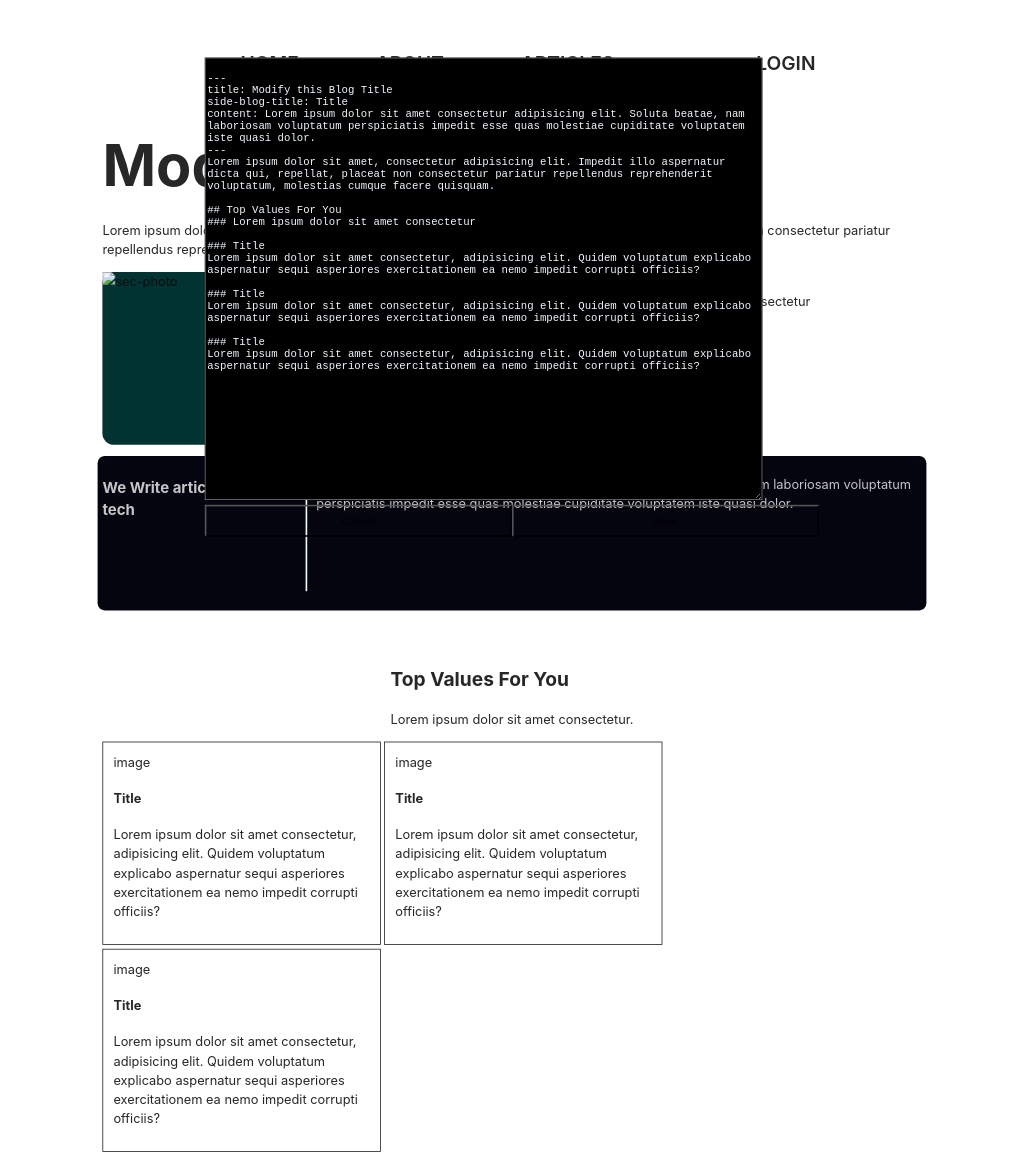
Repository: ValGrace/-static-site
Page: /home (app in client/)
The author's editor kept a copy of each file at every save. The page is drawn from the files as they stood at one save, then again after the next save.
The browser window is 1280 px wide. The pictures show the whole page, at 80% of full size.
The project was rebuilt for these pictures with package versions that can differ from the ones it lists, and the page was loaded fresh each time. Also part of the build but not shown: client/vite.config.js, client/src/Utils/appwrite.js, client/src/Components/Login.jsx, client/src/Components/Signup.jsx, client/src/Pages/aboutPage.jsx, client/src/Pages/Articles.jsx.

Above is the page before, as saved 2023-02-12 14:49:24.

### client/src/main.jsx
import React from 'react'
import ReactDOM from 'react-dom/client'
import App from './App'
import './index.css'
import { BrowserRouter } from 'react-router-dom'
ReactDOM.createRoot(document.getElementById('root')).render(
  <React.StrictMode>
    <BrowserRouter>
    <App />
    </BrowserRouter>
  </React.StrictMode>,
)

### client/src/App.jsx
import PageRouter from './Routing/PageRouter'
import './App.css'

function App() {


  return (
    <div className="App">
      <PageRouter />
    </div>
  )
}

export default App

### client/src/index.css
:root {
  font-family: Inter, system-ui, Avenir, Helvetica, Arial, sans-serif;
  line-height: 1.5;
  font-weight: 400;

  color-scheme: light dark;
  color: rgba(7, 7, 7, 0.87);
  background-color: #ffffff;

  font-synthesis: none;
  text-rendering: optimizeLegibility;
  -webkit-font-smoothing: antialiased;
  -moz-osx-font-smoothing: grayscale;
  -webkit-text-size-adjust: 100%;
}

/* a {
  font-weight: 500;
  color: #646cff;
  text-decoration: inherit;
}
a:hover {
  color: #535bf2;
}

body {
  margin: 0;
  display: flex;
  place-items: center;
  min-width: 320px;
  min-height: 100vh;
}

h1 {
  font-size: 3.2em;
  line-height: 1.1;
}

button {
  border-radius: 8px;
  border: 1px solid transparent;
  padding: 0.6em 1.2em;
  font-size: 1em;
  font-weight: 500;
  font-family: inherit;
  background-color: #1a1a1a;
  cursor: pointer;
  transition: border-color 0.25s;
}
button:hover {
  border-color: #646cff;
}
button:focus,
button:focus-visible {
  outline: 4px auto -webkit-focus-ring-color;
}

@media (prefers-color-scheme: light) {
  :root {
    color: #213547;
    background-color: #ffffff;
  }
  a:hover {
    color: #747bff;
  }
  button {
    background-color: #f9f9f9;
  }
} */

### client/src/Routing/PageRouter.jsx
import Dashboard from "../Pages/Dashboard";
import HomePage from "../Pages/HomePage";
import { Routes, Route} from "react-router-dom"
import AboutPage from "../Pages/aboutPage";
import Articles from "../Pages/Articles";
const PageRouter = () => {
    return (
        <Routes>
            <Route path="/" element={<Dashboard />} />
            <Route path="/home" element={<HomePage />} />
            <Route path="/about" element={<AboutPage />} />
            <Route path="/articles" element={<Articles />} />

        </Routes>
    )
}

export default PageRouter

### client/src/App.css
.App {
  display: flex;
  flex-direction: column;
  justify-content: center;
  align-items: center;
}

### client/src/Pages/Dashboard.jsx
import React, { useReducer} from 'react'
import Login from '../Components/Login'
import Signup from '../Components/Signup'
import "../Components/Inputs.css"
const initialState = {page : <Login />}
function reducer(state, action) {
    switch(action.type) {
        case 'loginpage':
          return { page: <Login />}
        case 'signuppage':
            return { page: <Signup />}
        default:
            return { page: <h2>Loading....</h2>}
    }
}
const Dashboard = () => {
    const [state, dispatch] = useReducer(reducer, initialState)
    return (
        <div className='dashboard'>
         <h2>Static Site Generator</h2>
         <div>Static site Image</div>
         <div className='dash' id='dash'>
            <div className='toggleForms'>
                <button onClick={() => dispatch({type: 'loginpage'})} className="type-btn">Login</button>
                <button onClick={() => dispatch({type: 'signuppage'})} className="type-btn">Signup</button>
                </div>
            <React.Fragment>{state.page}</React.Fragment>

            <button id="auth-btns">Login with Github account</button>
            <button id="auth-btns">Login with Google account</button>
         </div>
       </div>
    )
}

export default Dashboard

### client/src/Pages/HomePage.jsx
import { useState, useEffect } from "react"
import Navbar from "../Components/Navbar"

import HomeSection from "../Components/HomeSection"
import TopSection from "../Components/TopSection"
import { HomeContext } from "../MdFiles/MdFileContext"
import ReactMarkdown from "react-markdown"
const HomePage = () => {
    const [markdown, setMarkdown] = useState(HomeContext)
    // useEffect(() => {
    //     fetch(HomeContext)
    //        .then((res) => res.text())
    //        .then((text) => setMarkdown(text))
    // })
    const editMdFile =(event) => {
        setMarkdown(event.target.value)
    }
    return (
        <>
         <Navbar />
         <TopSection />
         <HomeSection />
         <div className="md-edit">
            <textarea value={markdown} onChange={editMdFile} />
            {/* <ReactMarkdown>`${markdown}`</ReactMarkdown>  */}
            <div className="md-btns">
                <button id="md-btn">Cancel</button>
                <button id="md-btn">Save</button>
            </div>
         </div>
        </>
    )
}

export default HomePage

### client/src/Components/Inputs.css
form, #dash {
    width: 80vw;
}
.signupForm, .dash, .dashboard {
   display: flex;
   flex-direction: column;
   justify-content: center;
   align-items: center;
   gap: 0.8em;
}

input, button {
    width: 80%;
    height: 3em;
    background-color: transparent;
    color: black;
}

#sign {
   width: 40vw;
}

.toggleForms {
    display: grid;
    grid-template-columns: 50% 50%;
    gap: 0.4em;
    justify-content: center;
    align-items: center;
}

.type-btn {
    background-color: rgb(2, 2, 133);
    border: none;
    width: 20vw;
    border-radius: 8px;
    text-transform: uppercase;
    color: aliceblue;
    font-weight: 700;
}

.type-btn:hover {
   background-color: rgb(1, 1, 22);
}

#auth-btns {
    text-transform: uppercase;
    font-weight: 700;
}

### client/src/Components/Navbar.jsx
import "./Navbar.css"
const Navbar = () => {
    return (
        <nav>
            <ul>
                <li>home</li>
                <li>about</li>
                <li>articles</li>
            </ul>
            <ul>
                <li>Login</li>
            </ul>
        </nav>
    )
}

export default Navbar

### client/src/Components/HomeSection.jsx
const HomeSection = () => {
   return (
    <>
    <div>
    <h2>Top Values For You</h2>
    <p>Lorem ipsum dolor sit amet consectetur.</p>
    </div>
    <div className="value-section">
        <div className="single-value">
            <div id="icon-section">image</div>
            <h4>Title</h4>
            <p>Lorem ipsum dolor sit amet consectetur, adipisicing elit. Quidem voluptatum explicabo aspernatur sequi asperiores exercitationem ea nemo impedit corrupti officiis?</p>
        </div>
        <div className="single-value">
            <div id="icon-section">image</div>
            <h4>Title</h4>
            <p>Lorem ipsum dolor sit amet consectetur, adipisicing elit. Quidem voluptatum explicabo aspernatur sequi asperiores exercitationem ea nemo impedit corrupti officiis?</p>
        </div>
        <div className="single-value">
            <div id="icon-section">image</div>
            <h4>Title</h4>
            <p>Lorem ipsum dolor sit amet consectetur, adipisicing elit. Quidem voluptatum explicabo aspernatur sequi asperiores exercitationem ea nemo impedit corrupti officiis?</p>
        </div>
    </div>
    </>
   )
}

export default HomeSection

### client/src/Components/TopSection.jsx
const TopSection = () => {
    return (
      <>
      <div className="top-text" id="top-text">
      <h2>Modify this blog title</h2>
      <p>Lorem ipsum dolor sit amet, consectetur adipisicing elit. Impedit illo aspernatur dicta qui, repellat, placeat non consectetur pariatur repellendus reprehenderit voluptatum, molestias cumque facere quisquam.</p>
      </div>
      <div className="head-section">
        <div className="head-img">
            <img src="" alt="sec-photo" />
        </div>
        <div className="side-section">
            <div className="side-img">
                <img src="" alt=""/>
            </div>
            <div className="side-blogs">
                <h4>Title</h4>
                <p>Lorem ipsum dolor sit amet consectetur adipisicing elit. Nihil.</p>
            </div>
        </div>
      </div>
      <div className="site-descr">
        <h3>We Write articles about tech</h3>
        <div className="site-sep"></div>
        <p>Lorem ipsum dolor sit amet consectetur adipisicing elit. Soluta beatae, nam laboriosam voluptatum perspiciatis impedit esse quas molestiae cupiditate voluptatem iste quasi dolor.</p>
      </div>
      </>
    )
}

export default TopSection

### client/src/MdFiles/MdFileContext.js


export const HomeContext = `
---
title: Modify this Blog Title
side-blog-title: Title
content: Lorem ipsum dolor sit amet consectetur adipisicing elit. Soluta beatae, nam laboriosam voluptatum perspiciatis impedit esse quas molestiae cupiditate voluptatem iste quasi dolor.
---
Lorem ipsum dolor sit amet, consectetur adipisicing elit. Impedit illo aspernatur dicta qui, repellat, placeat non consectetur pariatur repellendus reprehenderit voluptatum, molestias cumque facere quisquam.

## Top Values For You
### Lorem ipsum dolor sit amet consectetur

### Title
Lorem ipsum dolor sit amet consectetur, adipisicing elit. Quidem voluptatum explicabo aspernatur sequi asperiores exercitationem ea nemo impedit corrupti officiis?

### Title
Lorem ipsum dolor sit amet consectetur, adipisicing elit. Quidem voluptatum explicabo aspernatur sequi asperiores exercitationem ea nemo impedit corrupti officiis?

### Title
Lorem ipsum dolor sit amet consectetur, adipisicing elit. Quidem voluptatum explicabo aspernatur sequi asperiores exercitationem ea nemo impedit corrupti officiis?`

### client/src/Components/InfoPage.css
#about-page {
    font-size:2rem;
    text-transform: capitalize;

    width: 80vw;

    text-align: center;
}

.about-mid {
   display: flex;
   gap: 0.4rem;
   flex-wrap: wrap;
   flex-direction: column;
}

.about-info, .abt-context {
    /* width: 25vw; */
    display: flex;
    flex-direction: column;

}
#context {
    width: 75vw;
}

.abt-img {
    background-color: rgba(54, 4, 4, 0.685);
    width: 75vw;

}

.md-editor {
    width: 80vw;
    height: 75vh;
}

.md-editor > textarea {
    width: 95%;
    height: 95%;
    background-color: transparent;
}
.md-edit {
    position: absolute;
    width: 60vw;
    height: 80vh;
    top: 10%;

}

.md-edit > textarea {
    width: 90%;
    height: 95%;
    background-color: black;
    color: aliceblue;
}

.md-btns {
    display: flex;
}

#md-btn {
    flex-grow: 1;
}
@media screen and (min-width: 670px) {
    #abt-info {
        flex-direction: row-reverse;
    }
    .about-info, .abt-context {
        flex-direction: row;
        justify-content: center;
        gap: 0.8em;

    }
    .abt-pg {
        display: flex;
        flex-direction: column;
        width: 40vw;
    }
    .abt-img {
        width: 40vw;
    }

}

### client/src/Components/Navbar.css
nav {
    width: 70vw;
    height: 20vh;
    display: flex;
}

nav > ul{
  display: flex;
  flex-direction: row;
  text-transform: uppercase;
  list-style-type: none;
  justify-content: center;
  align-items: center;
  gap: 4em;
  font-weight: 600;
  font-size: 1.5rem;
  flex-grow: 1;
}

#top-text {
    width: 80vw;
}

#top-text > h2 {
    font-size: 4.5rem;
    text-transform: capitalize;
    margin: 0;
    /* float: left; */
}

#top-text > p {
    float: right;

}

.head-section {
    display: flex;
    width: 80vw;
    gap: 0.5em;
    flex-wrap: wrap;
}

.head-img {
    background-color: rgb(1, 51, 51);
    width: 50%;
    border-radius: 0.9em;
    height: 30vh;
}

.side-section {
    display: flex;
    flex-direction: row;
    gap: 0.3rem;
    width: 40%;
}

.side-img {
    background-color: black;
    width: 5rem;
    height: 4rem;
    border-radius: 50%;
}

.side-blogs > h4, .side-blogs > p {
    margin: 0;
}

.site-descr {
    width: 80vw;
    background-color: rgba(1, 1, 12, 0.979);
    color: rgba(255, 255, 255, 0.767);
    border-radius: 9px;
    margin-top: 0.9rem;
    display: flex;
    /* gap: 0.4rem; */
    padding: 0.4rem;
    height: 25vh;
    margin-bottom: 3em;
}

.site-descr > p {
    width: 75%;
}
.site-sep {
    width: 0.1rem;
    height: 90%;
    background-color: azure;
    margin-right: 0.7rem;
}


.value-section {
   width: 80vw;
    display: flex;
    gap: 0.3rem;
    flex-wrap: wrap;
}

.single-value {
    border: 0.9px solid rgba(0, 0, 0, 0.87);
    padding: 0.8em;
    width: 20rem;
}

Loaded but not shown: client/index.html (common file)

After the next save:
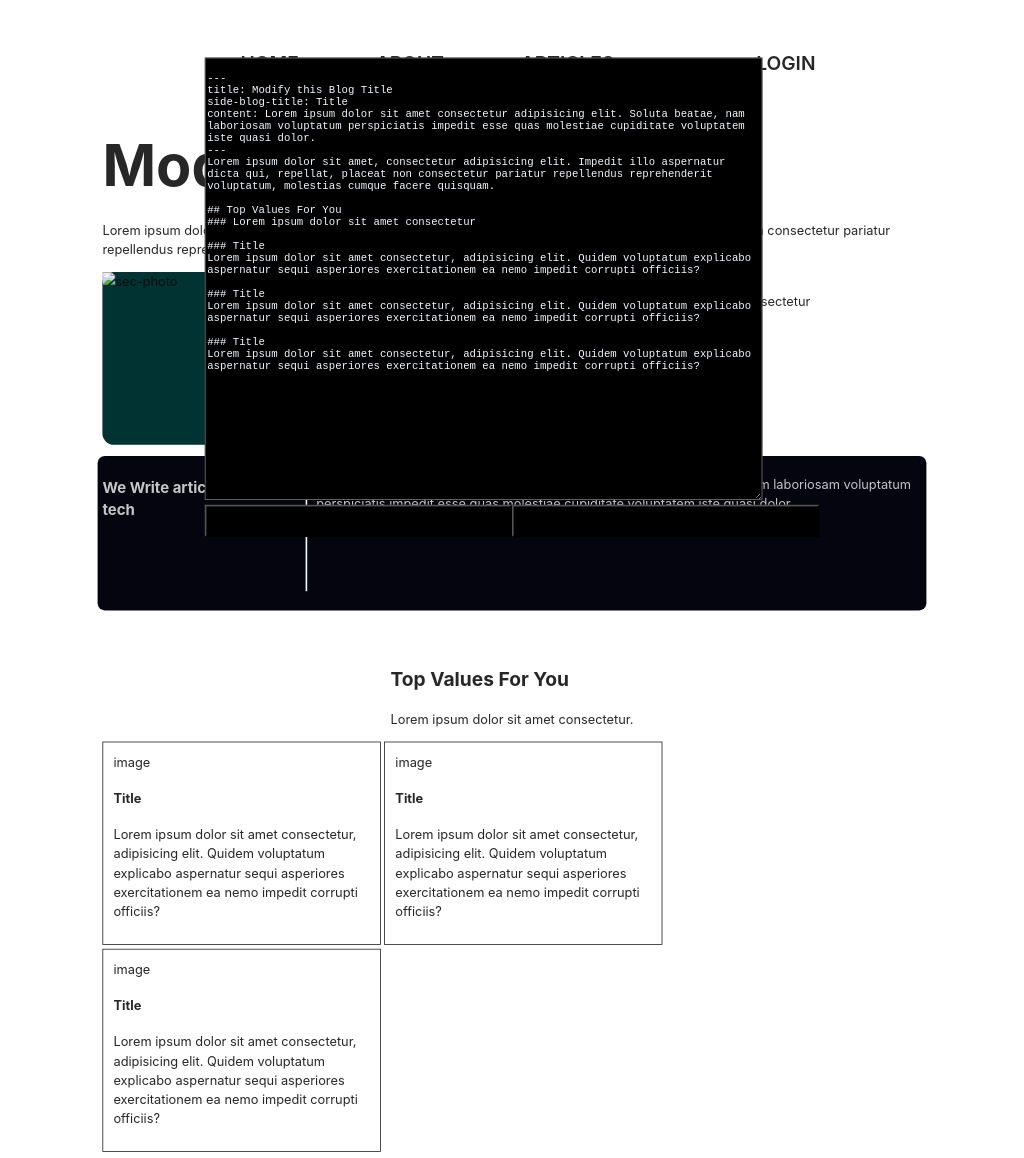
Saved 21 s later.
--- a/client/src/Components/InfoPage.css
+++ b/client/src/Components/InfoPage.css
@@ -57,6 +57,8 @@
 
 .md-btns {
     display: flex;
+    background-color: black;
+    color: blue;
 }
 
 #md-btn {
